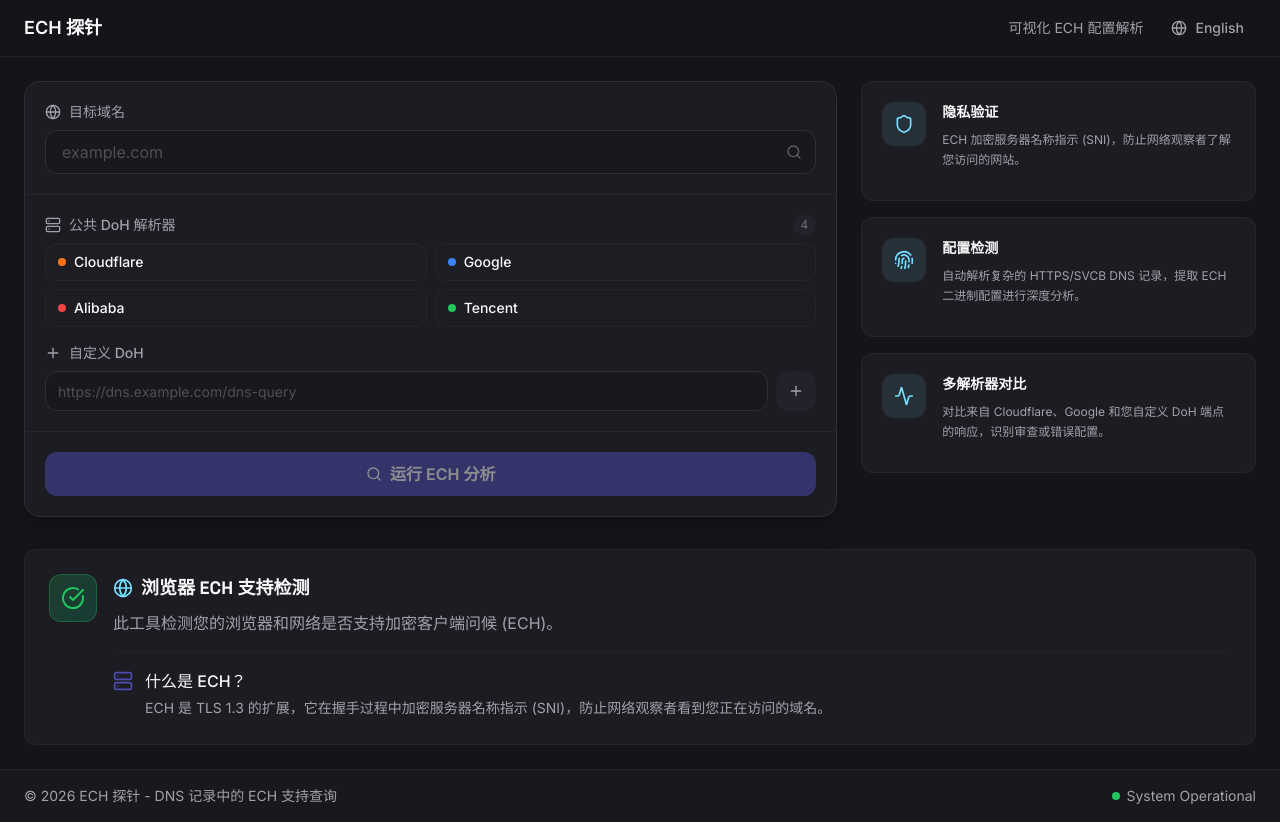
Repository: coolapijust/Ech-probe
Page: /
An editor plug-in stored every save of this project. The page is shown before and after the next save, followed by the edit.
The browser window is 1280 px wide. The pictures show the whole page.
The project was rebuilt for these pictures with package versions that can differ from the ones it lists, and the page was loaded fresh each time. The framework's server and built-in components were replaced by stand-ins that run in the browser. Also part of the build but not shown: next.config.mjs, src/components/ui/card.tsx, src/components/ui/table.tsx, src/components/ui/badge.tsx, src/components/ui/label.tsx, src/components/ECHProbe/ResultsDisplay.tsx.

Above is the page before, as saved 2026-03-13 20:12:03.

After the next save:
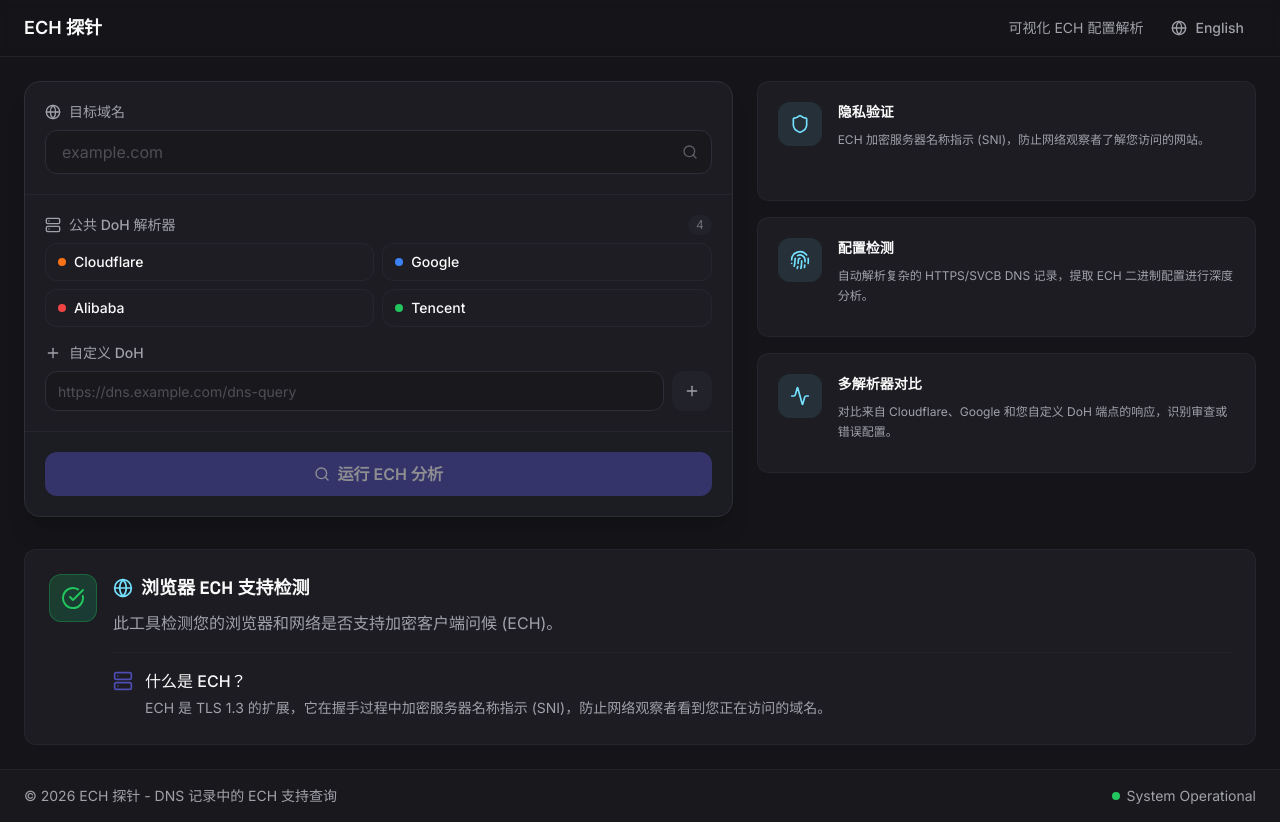
Saved 103 s later.
--- a/src/app/page.tsx
+++ b/src/app/page.tsx
@@ -44,13 +44,13 @@ export default function Home() {
       <main className="flex-1 p-6">
         {/* Content Grid - Form takes majority */}
         <div className="grid lg:grid-cols-12 gap-6">
-          {/* Left Column - Form (8 columns, majority) */}
-          <div className="lg:col-span-8">
+          {/* Left Column - Form (7 columns) */}
+          <div className="lg:col-span-7">
             <DomainForm onAnalyze={handleAnalyze} isLoading={isAnalyzing} />
           </div>
 
-          {/* Right Column - Features vertical stack (4 columns) */}
-          <div className="lg:col-span-4">
+          {/* Right Column - Features vertical stack (5 columns) */}
+          <div className="lg:col-span-5">
             {!isAnalyzing && results.length === 0 && (
               <div className="space-y-4">
                 <FeatureCard
